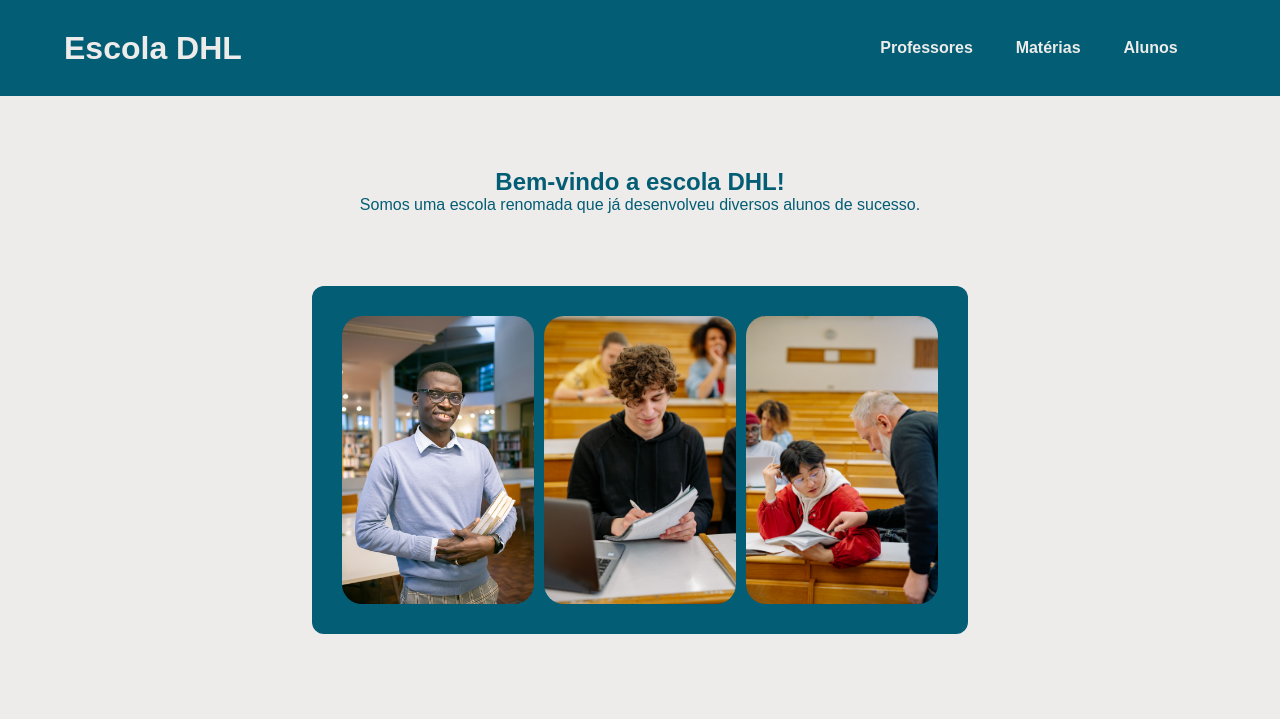
Repository: SirHick/sa-sistema-escola-DHL
Page: front/index.html
These files come from the project's save history. The page is drawn as it stood at one moment and after the next save; the edit follows.
The browser window is 1280 px wide. The pictures show the whole page.

Above is the page before, as saved 2026-07-17 16:03:48.

### front/index.html
<!DOCTYPE html>
<html lang="pt-br">
<head>
    <meta charset="UTF-8">
    <meta name="viewport" content="width=device-width, initial-scale=1.0">
    <title>Escola SA</title>
    <link rel="stylesheet" href="style.css">
</head>
<body>
    <header>

        <h1>Escola DHL</h1>

        <nav>
            <a href="">Professores</a>
            <a href="">Matérias</a>
            <a href="">Alunos</a>
        </nav>
    </header>

    <section class = "main-text">
            <h2>Bem-vindo a escola DHL!</h2>

            <p>Somos uma escola renomada que já
                desenvolveu diversos alunos de sucesso.</p>
    </section>

    <main class = "hero-section">
        <img src="images/pexels-kampus-5940864.jpg" alt="A black student with books">
        <img src="images/pexels-yankrukov-8199147.jpg" alt="A student studying">
        <img src="images/student-and-teacher.jpg" alt="A student receiving help from his teacher">
    </main>


    <script src="script.js"></script>
</body>
</html>

### front/style.css
*{
    margin: 0;
    padding: 0;
    box-sizing: border-box;
    object-fit: cover;
    font-family: 'Nunito', sans-serif;
}


body{
    background: #EDECEA;

}

.landing-page{
    display: flex;
}


header{
    background: #035D74;
    width: 100vw;
    height: 6rem;
    max-height: 8rem;
    display: grid;
    grid-template-columns: 1fr 1fr;
    align-items: center;
    padding-left: 5vw;
    padding-right: 5vw;
}

header h1{
    color: #EDECEA;
}

header nav{
    justify-self: end;

}

header nav a{
    text-decoration: none;
    color: #EDECEA;
    font-weight: 700;
    margin-right: 3vw;
}

.hero-section{
    justify-self: center;
    background-color: #035D74;
    margin-top: 10vh;
    display: grid;
    grid-template-columns: auto auto auto;
    gap: 10px;
    border-radius:12px;
    padding: 30px;
}

.hero-section img{
    width: 15vw;
    border-radius: 20px;
}

.main-text{
    margin-bottom: 3vh;
    color: #035D74;
    text-align: center;
    margin-top: 10vh;
    font-size: ;
}

Loaded but not shown: front/script.js (no stored copy; drawn as an empty file)

After the next save:
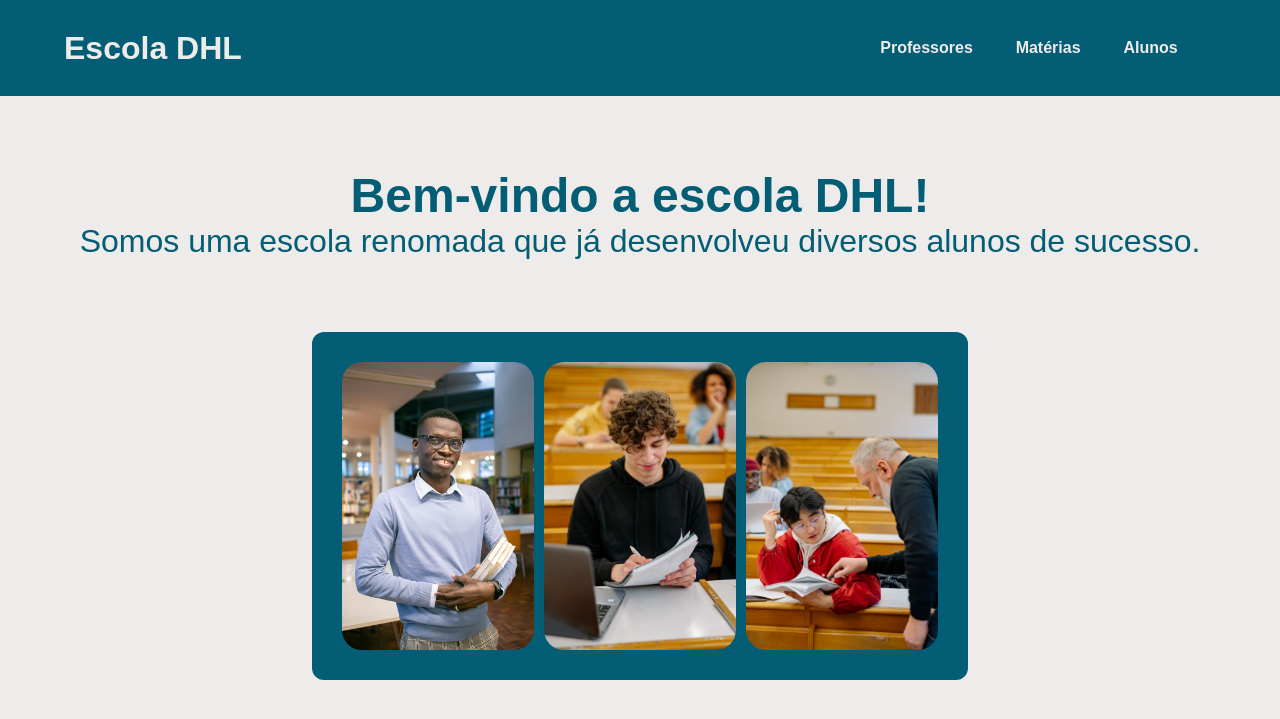
Saved 10 s later.
--- a/front/style.css
+++ b/front/style.css
@@ -66,5 +66,5 @@ header nav a{
     color: #035D74;
     text-align: center;
     margin-top: 10vh;
-    font-size: ;
+    font-size: 2rem;
 }
